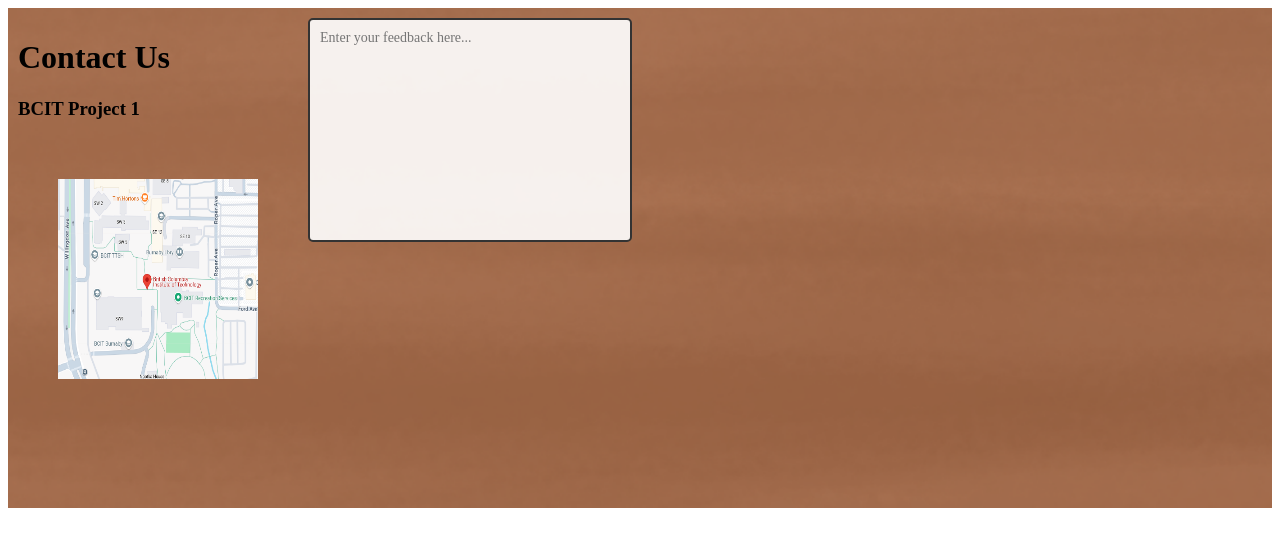
Repository: AlyssaHug/Bandit-Breakout
Page: index.html
The author's editor kept a copy of each file at every save. The page is drawn from the files as they stood at one save, then again after the next save.
The browser window is 1280 px wide. The pictures show the whole page.
Some web fonts or font styles are not loaded; a fallback is used.

Above is the page before, as saved 2025-05-06 23:02:58.

After the next save:
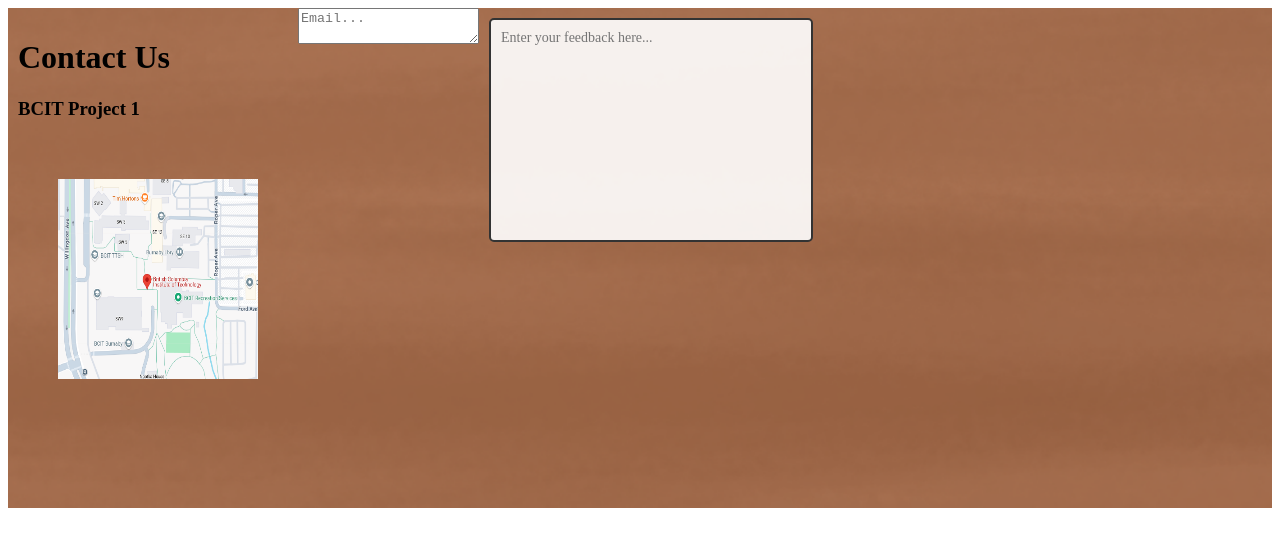
Saved 73 s later.
--- a/index.html
+++ b/index.html
@@ -25,6 +25,11 @@
                     src="img/BCIT.png"
                     alt="BCIT Map" />
             </div>
+            <div class="feedback-email">
+                <textarea
+                    class="email-text"
+                    placeholder="Email..."></textarea>
+            </div>
             <div class="feedback">
                 <textarea
                     class="feedback-text"
